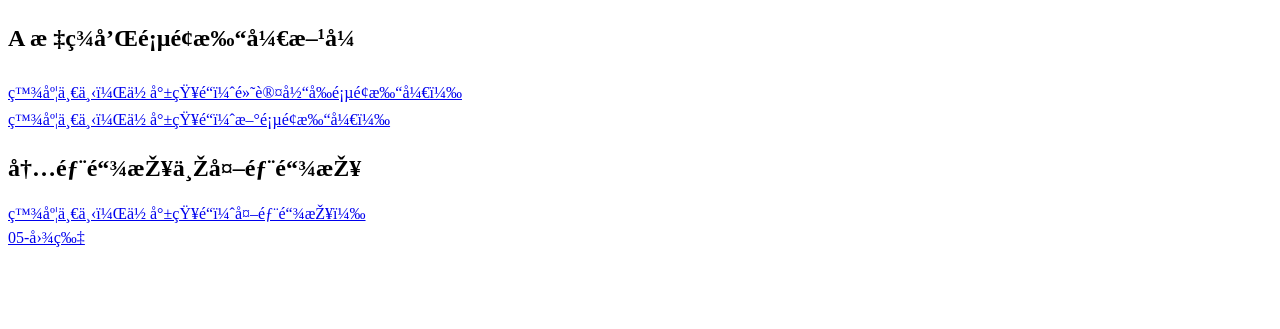
Repository: liang-n/front-end-basics
Page: 08-超链接.html
An editor plug-in stored every save of this project. The page is shown before and after the next save, followed by the edit.
The browser window is 1280 px wide. The pictures show the whole page.

Above is the page before, as saved 2022-05-15 13:18:09.

After the next save:
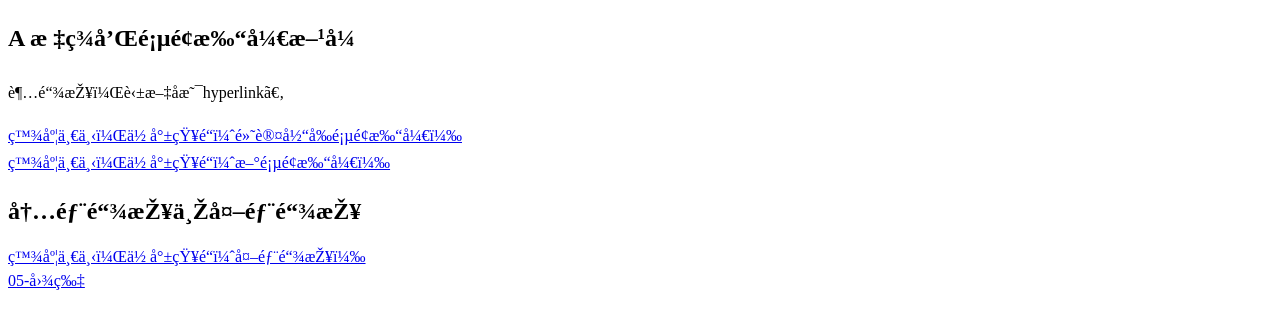
Saved 4 s later.
--- a/08-超链接.html
+++ b/08-超链接.html
@@ -9,7 +9,7 @@
 <body>
     <div>
         <h2>A 标签和页面打开方式</h2>
-        <p></p>
+        <p>超链接，英文名是hyperlink。</p>
         <a href="https://www.baidu.coom/">百度一下，你就知道（默认当前页面打开）</a>
         <br>
         <a href="https://www.baidu.coom/" target="_blank">百度一下，你就知道（新页面打开）</a>
